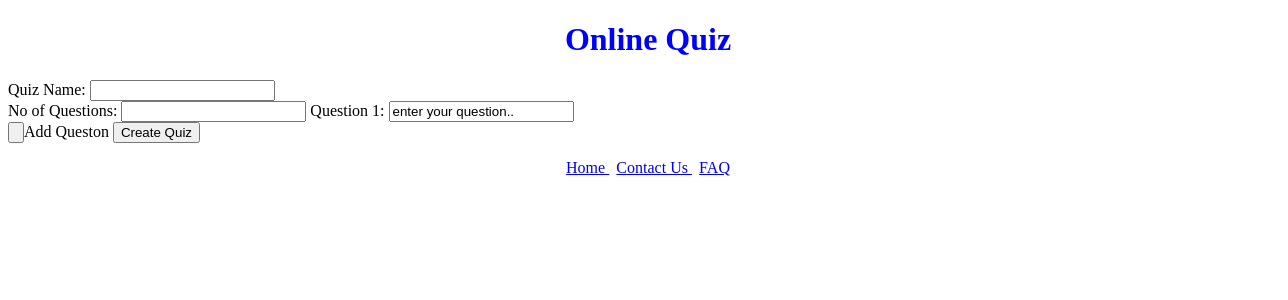
Repository: KaushikVeluruWorld/KaushikJava
Page: http://localhost/OnlineQuiz/newquiz.jsp
The author's editor kept a copy of each file at every save. The page is drawn from the files as they stood at one save, then again after the next save.
The browser window is 1280 px wide. The page is 1288 px wide, so the pictures cover 1288 px, including what lies to the right of the window. The pictures show the whole page.
The page is served by Tomcat 9. Other server files are loaded and not shown.

Above is the page before, as saved 2015-03-05 11:13:51.

### Online Quiz Tool/OnlineQuiz/WebContent/newquiz.jsp
<%@ page language="java" contentType="text/html; charset=ISO-8859-1"
    pageEncoding="ISO-8859-1"%>
<!DOCTYPE html PUBLIC "-//W3C//DTD HTML 4.01 Transitional//EN" "http://www.w3.org/TR/html4/loose.dtd">
<html>
<head>
<meta http-equiv="Content-Type" content="text/html; charset=ISO-8859-1">
<title>Create New Quiz</title>
<script>

</script>
</head>
<body>

<jsp:include page="header.jsp"></jsp:include>
<form action="viewQuiz.jsp" method="GET">
Quiz Name: <input name="quizname" type="text"></input> <br/>
No of Questions: <input name="QuizSize" type="text"></input>

Question 1: <input type="text" name="qn1" value="enter your question.."/><br/>

<input type="button" name="addQnButton" onclick="addQuestion()">Add Queston</input>

<input type="submit" value="Create Quiz">
</form>

<jsp:include page="footer.jsp"></jsp:include>
</body>
</html>

### Online Quiz Tool/OnlineQuiz/WebContent/header.jsp
<%@ page language="java" contentType="text/html; charset=ISO-8859-1"
    pageEncoding="ISO-8859-1"%>
<!DOCTYPE html PUBLIC "-//W3C//DTD HTML 4.01 Transitional//EN" "http://www.w3.org/TR/html4/loose.dtd">
<html>
<head>
<meta http-equiv="Content-Type" content="text/html; charset=ISO-8859-1">
<title>Header</title>
</head>

<body style="height: 25px%; width: 100%;">

<h1 align="center" style="color: blue"><b>Online Quiz</b></h1>

</body>
</html>

### Online Quiz Tool/OnlineQuiz/WebContent/footer.jsp
<%@ page language="java" contentType="text/html; charset=ISO-8859-1"
    pageEncoding="ISO-8859-1"%>
<!DOCTYPE html PUBLIC "-//W3C//DTD HTML 4.01 Transitional//EN" "http://www.w3.org/TR/html4/loose.dtd">
<html>
<head>
<meta http-equiv="Content-Type" content="text/html; charset=ISO-8859-1">
<title>Footer</title>
</head>

<body  style="height: 50px; width: 100%;">

<p align="center" style="color: white" >

<a style="" href="home.jsp">Home </a> |
<a href="ContactUs.html">Contact Us </a> |
<a href="FAQ.html">FAQ </a>
</p>

</body>
</html>

After the next save:
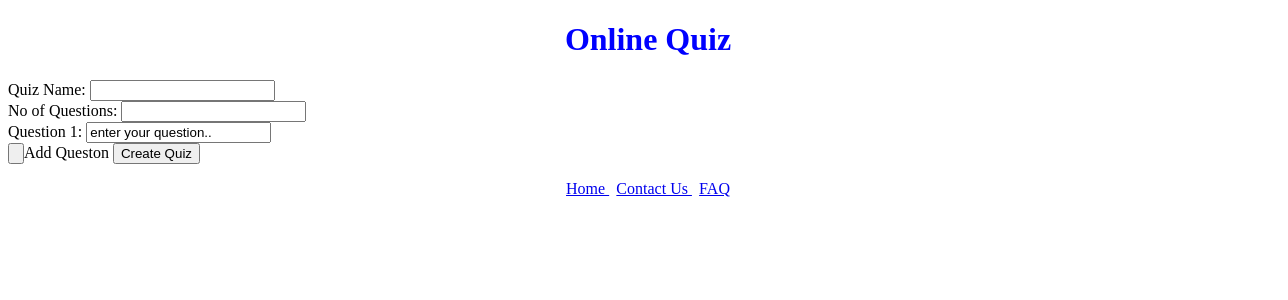
Saved 4 s later.
--- a/Online Quiz Tool/OnlineQuiz/WebContent/newquiz.jsp
+++ b/Online Quiz Tool/OnlineQuiz/WebContent/newquiz.jsp
@@ -14,7 +14,7 @@
 <jsp:include page="header.jsp"></jsp:include>
 <form action="viewQuiz.jsp" method="GET">
 Quiz Name: <input name="quizname" type="text"></input> <br/>
-No of Questions: <input name="QuizSize" type="text"></input>
+No of Questions: <input name="QuizSize" type="text"></input><br/>
 
 Question 1: <input type="text" name="qn1" value="enter your question.."/><br/>
 
